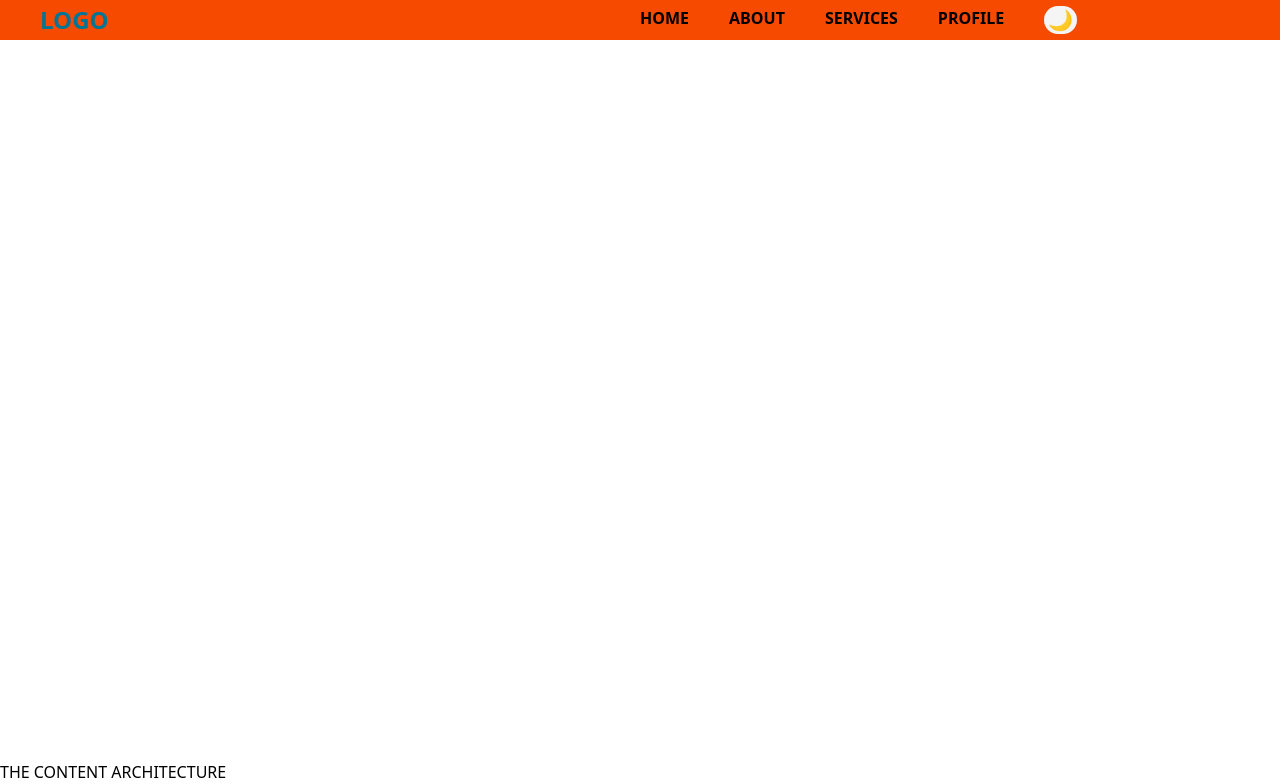
Repository: ajay-maurya-dev/Login
Page: /
An editor plug-in stored every save of this project. The page is shown before and after a run of saves, followed by the edit.
The browser window is 1280 px wide. The pictures show the whole page.
The project was rebuilt for these pictures with package versions that can differ from the ones it lists, and the page was loaded fresh each time. Also part of the build but not shown: vite.config.js.

Above is the page before, as saved 2026-10-23 23:51:41.

After the next 9 saves:
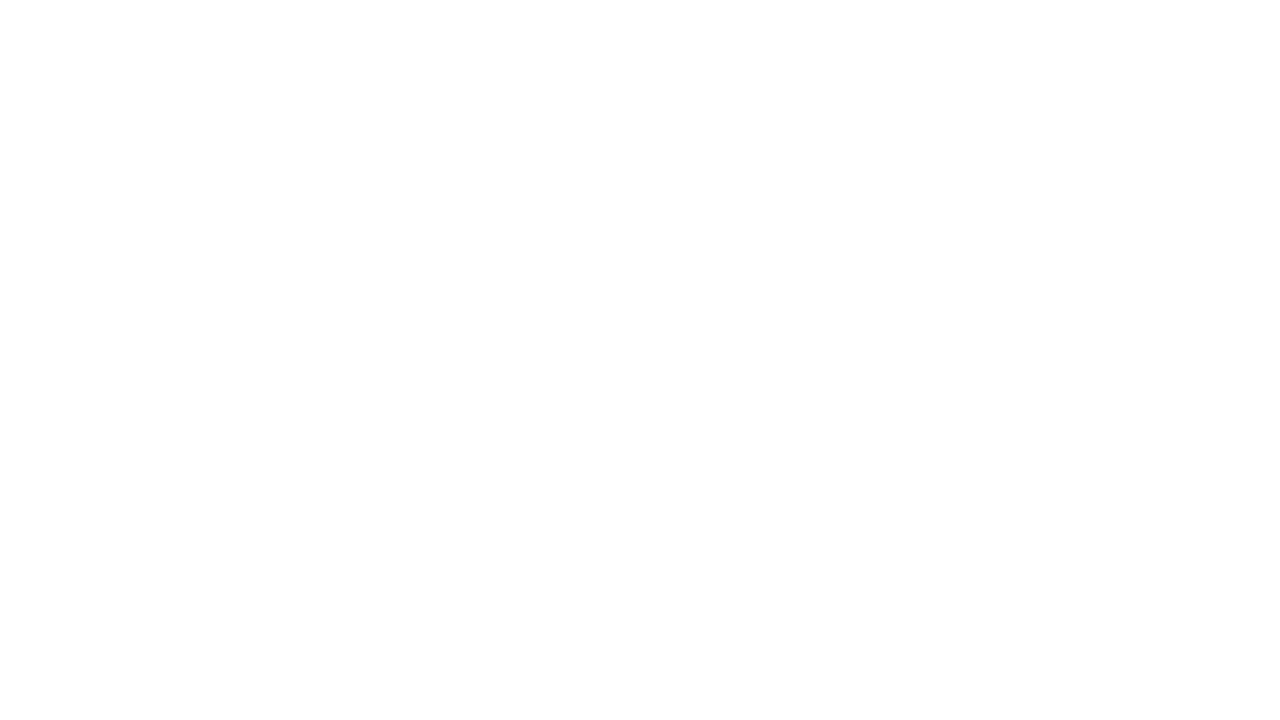
Console error: ReferenceError: Footer is not defined
The 9 saves are shown as one change because they came seconds apart.
The last was saved 23 s later.
--- a/src/App.jsx
+++ b/src/App.jsx
@@ -1,7 +1,10 @@
+import Navbar from "./components/Navbar";
+
 function App() {
   return (
     <div className="h-screen w-screen dark:bg-black dark:text-white">
-
+      <Navbar/>
+      <Footer/>
     </div>
   );
 }

After the save that followed:
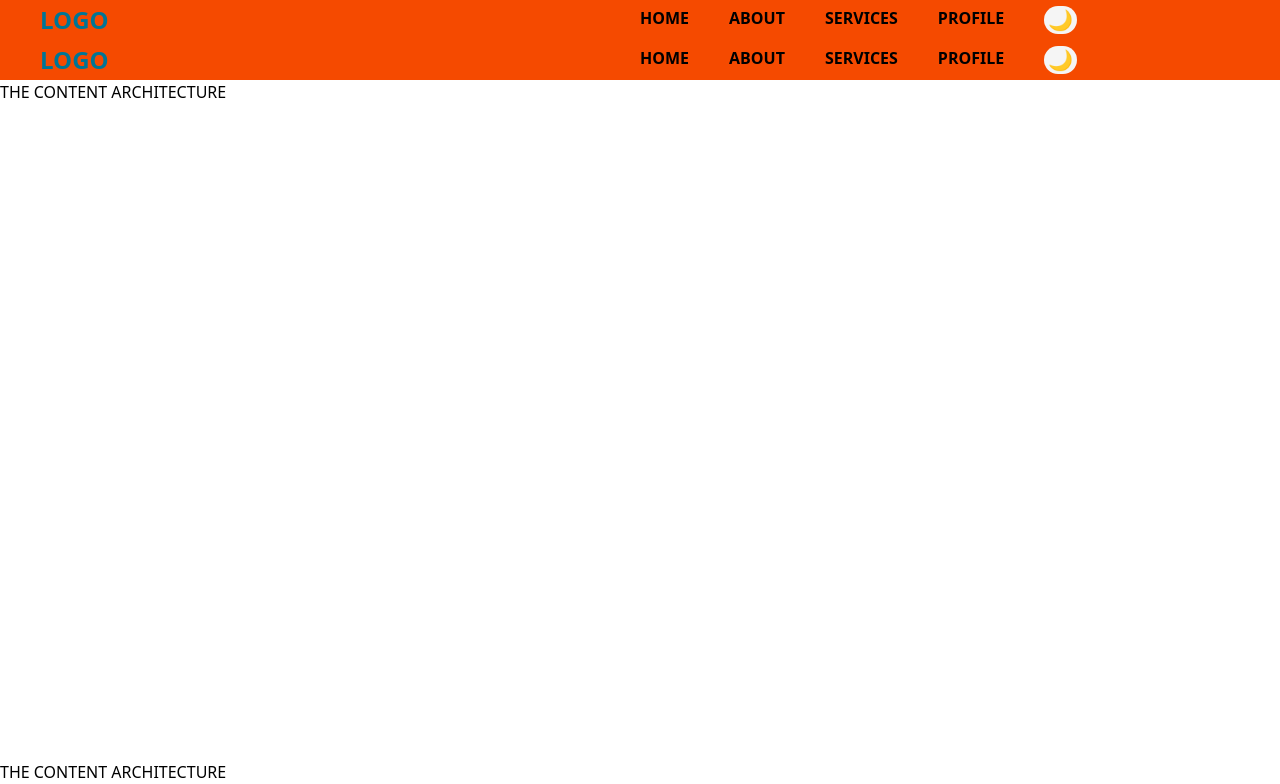
The error is gone.
Saved 6 s later.
--- a/src/App.jsx
+++ b/src/App.jsx
@@ -1,3 +1,4 @@
+import Footer from "./components/footer";
 import Navbar from "./components/Navbar";
 
 function App() {
